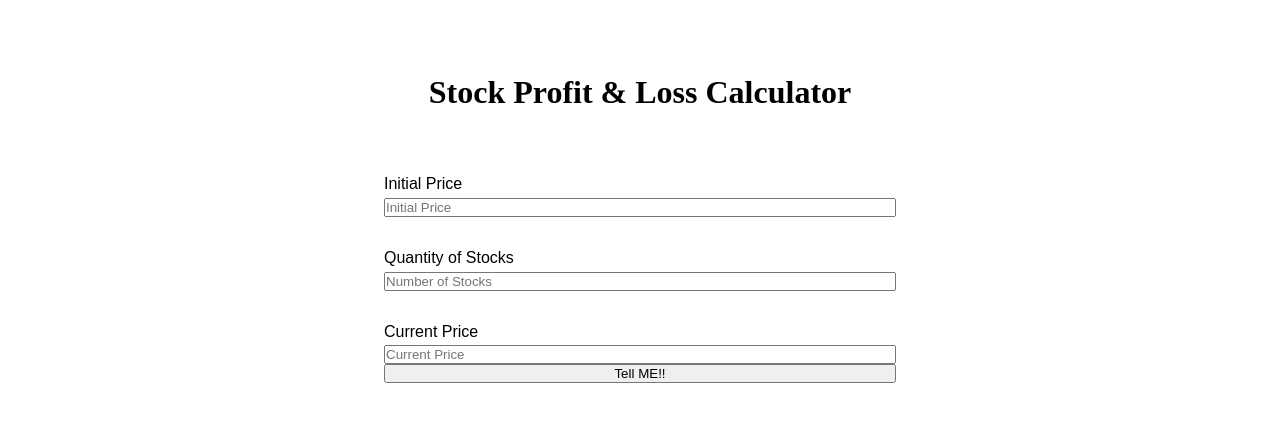
Repository: patelamancode/Stock-P-L-Calculator
Page: index.html
The author's editor kept a copy of each file at every save. The page is drawn from the files as they stood at one save, then again after the next save.
The browser window is 1280 px wide. The pictures show the whole page.

Above is the page before, as saved 2022-11-23 18:05:45.

### index.html
<!DOCTYPE html>
<html lang="en">
<head>
    <meta charset="UTF-8">
    <meta http-equiv="X-UA-Compatible" content="IE=edge">
    <meta name="viewport" content="width=device-width, initial-scale=1.0">
    <link rel="stylesheet" href="index.css">
    <title>Stock Profit and Loss Calc</title>
</head>
<body>
    <div id="main-container">
        <h1 class="app-title">Stock Profit & Loss Calculator</h1>
        <label for="initial Price">Initial Price</label>
        <input type="text" placeholder="Initial Price">
        <label for="number of stock">Quantity of Stocks</label>
        <input type="text" placeholder="Number of Stocks">
        <label for="current Price">Current Price</label>
        <input type="text" placeholder="Current Price" >
        <button>Tell ME!!</button>
    </div>
</body>
</html>

### index.css
* {
    margin: 0;
    padding: 0;
  }


  #main-container {
    display: flex;
    flex-direction: column;
    width: 40vw;
    margin: auto;
    margin-top: 2rem;
    padding: 10px;
    text-align: center;
  }

  .app-title {
    margin: 2rem 0;
  }
  label{
    margin-top: 2rem;
    margin-bottom: 0.3rem;
    text-align: left;
    font-family: Arial, Helvetica, sans-serif;
  }

After the next save:
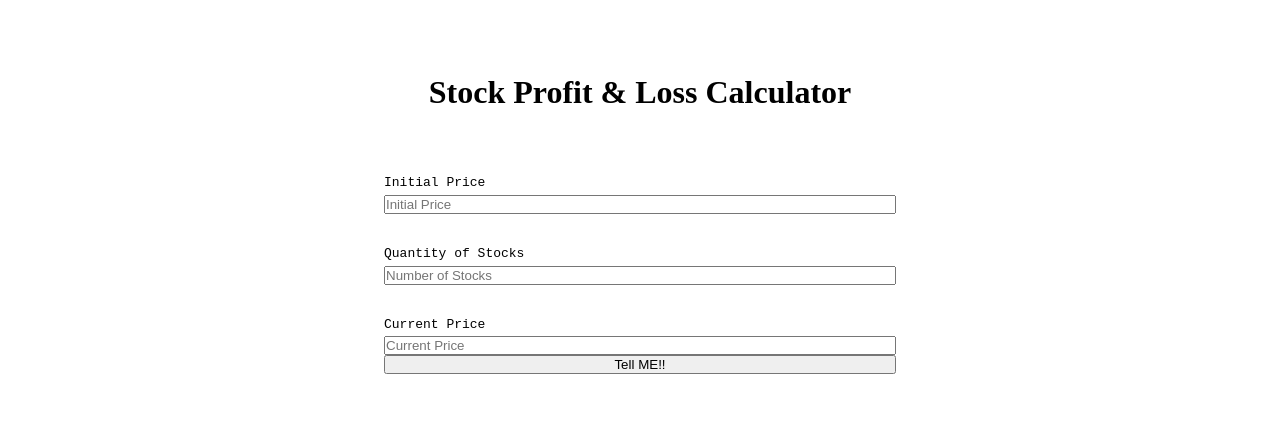
Saved 41 s later.
--- a/index.css
+++ b/index.css
@@ -21,5 +21,5 @@
     margin-top: 2rem;
     margin-bottom: 0.3rem;
     text-align: left;
-    font-family: Arial, Helvetica, sans-serif;
+    font-family: monospace;
   }
